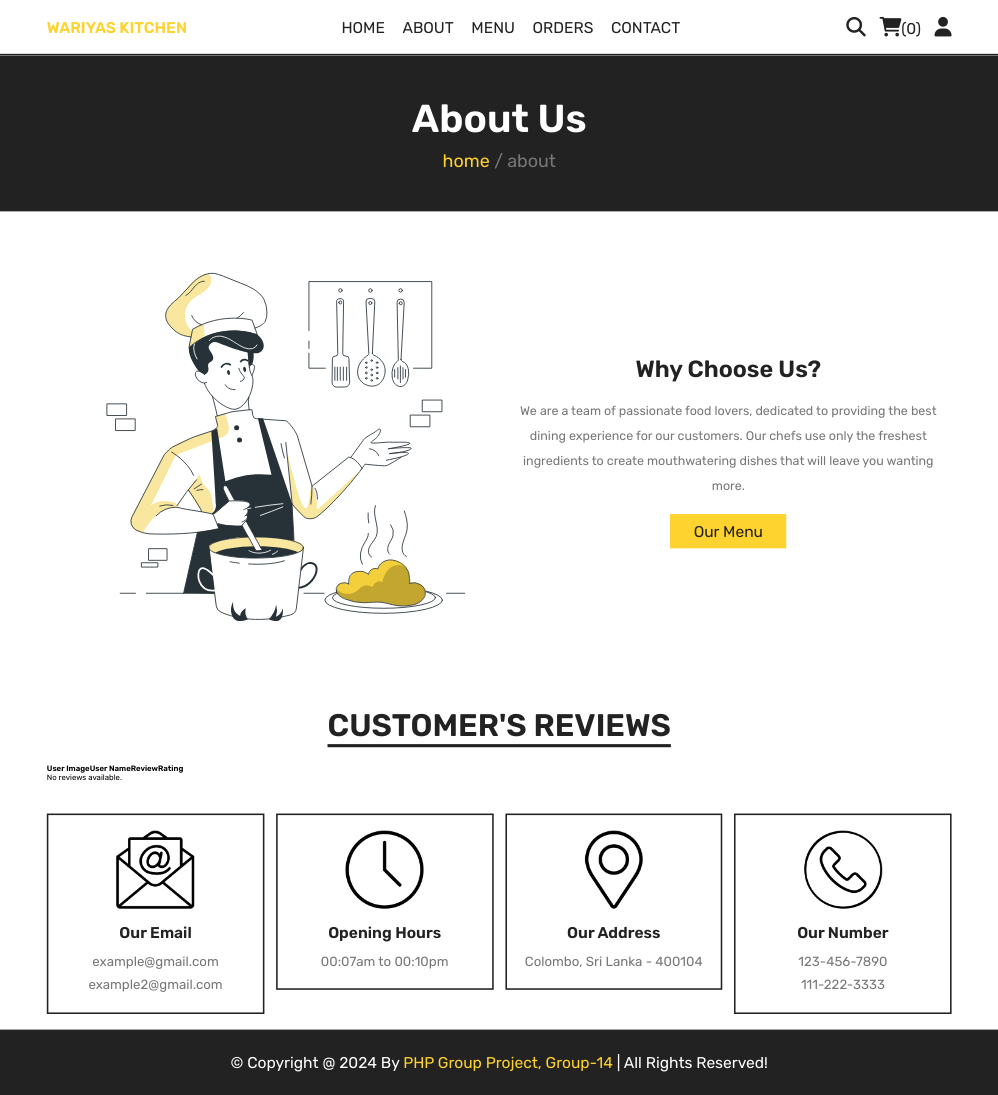
Repository: navodniwarshana/food_order_site
Page: http://localhost/about.php
An editor plug-in stored every save of this project. The page is shown before and after the next save, followed by the edit.
The browser window is 1280 px wide. The pictures show the whole page, at 78% of full size.
Some web libraries are served in a nearby version. The page is run by PHP 8.4 with error messages shown; the project is at /var/www/html/. Queries for data that is not in the repository find no rows.

Above is the page before, as saved 2024-09-28 19:24:17.
Console error: TypeError: Cannot read properties of null (reading 'style')

### about.php
<?php

include 'components/connect.php';

session_start();

if (isset($_SESSION['user_id'])) {
   $user_id = $_SESSION['user_id'];
} else {
   $user_id = '';
}

?>

<!DOCTYPE html>
<html lang="en">

<head>
   <meta charset="UTF-8">
   <meta http-equiv="X-UA-Compatible" content="IE=edge">
   <meta name="viewport" content="width=device-width, initial-scale=1.0">
   <title>About</title>

   <link rel="stylesheet" href="https://unpkg.com/swiper@8/swiper-bundle.min.css" />
   <!-- font awesome cdn link  -->
   <link rel="stylesheet" href="https://cdnjs.cloudflare.com/ajax/libs/font-awesome/6.1.1/css/all.min.css">
   <!-- custom css file link  -->
   <link rel="stylesheet" href="css/style.css">
</head>

<body>

   <!-- header section starts  -->
   <?php include 'components/user_header.php'; ?>
   <!-- header section ends -->

   <div class="heading">
      <h3>about us</h3>
      <p><a href="home.php">home</a> <span> / about</span></p>
   </div>

   <!-- about section starts  -->
   <section class="about">
      <div class="row">
         <div class="image">
            <img src="images/about-img.svg" alt="">
         </div>
         <div class="content">
            <h3>why choose us?</h3>
            <p>We are a team of passionate food lovers, dedicated to providing the best dining experience for our customers. Our chefs use only the freshest ingredients to create mouthwatering dishes that will leave you wanting more.</p>
            <a href="menu.php" class="btn">our menu</a>
         </div>
      </div>
   </section>
   <!-- about section ends -->

   <!-- reviews section starts -->
   <section class="reviews">
      <h1 class="title">Customer's Reviews</h1>
      <table border="1" cellpadding="10" cellspacing="0">
         <thead>
            <tr>
               <th>User Image</th>
               <th>User Name</th>
               <th>Review</th>
               <th>Rating</th>
            </tr>
         </thead>
         <tbody>

            <?php
            // Fetch reviews with the correct JOIN condition
            $select_reviews = $conn->prepare("SELECT r.id, r.review_text, r.rating, u.name, u.user_image
                                              FROM `reviews` r
                                              JOIN `users` u ON r.id = u.id
                                              GROUP BY r.id"); // Ensuring unique reviews
            $select_reviews->execute();
            $reviews = $select_reviews->fetchAll(PDO::FETCH_ASSOC);

            if (count($reviews) > 0) {
               // Loop through all reviews and display them in a table
               foreach ($reviews as $review) {
                  echo '<tr>';
                  echo '<td><img src="' . $review['user_image'] . '" alt="User Image" width="50" height="50"></td>';
                  echo '<td>' . $review['name'] . '</td>';
                  echo '<td>"' . $review['review_text'] . '"</td>';
                  echo '<td>';

                  // Display the star rating
                  for ($i = 0; $i < 5; $i++) {
                     if ($i < $review['rating']) {
                        echo '<i class="fas fa-star"></i>';
                     } else {
                        echo '<i class="far fa-star"></i>';
                     }
                  }

                  echo '</td>';
                  echo '</tr>';
               }
            } else {
               echo '<tr><td colspan="4">No reviews available.</td></tr>';
            }
            ?>

         </tbody>
      </table>
   </section>
   <!-- reviews section ends -->

   <!-- footer section starts -->
   <?php include 'components/footer.php'; ?>
   <!-- footer section ends -->

   <script src="https://unpkg.com/swiper@8/swiper-bundle.min.js"></script>
   <!-- custom js file link -->
   <script src="js/script.js"></script>

</body>

</html>

### components/user_header.php
<?php
if(isset($message)){
   foreach($message as $message){
      echo '
      <div class="message">
         <span>'.$message.'</span>
         <i class="fas fa-times" onclick="this.parentElement.remove();"></i>
      </div>
      ';
   }
}
?>

<header class="header">

   <section class="flex">

      <a href="home.php" style="font-size: 2rem; font-weight: bold; color: #fed330; text-decoration: none;">WARIYAS KITCHEN</a>

      <nav class="navbar">
         <a href="home.php" style="text-transform: uppercase;">HOME</a>
         <a href="about.php" style="text-transform: uppercase;">ABOUT</a>
         <a href="menu.php" style="text-transform: uppercase;">MENU</a>
         <a href="orders.php" style="text-transform: uppercase;">ORDERS</a>
         <a href="contact.php" style="text-transform: uppercase;">CONTACT</a>
      </nav>

      <div class="icons">
         <?php
            $count_cart_items = $conn->prepare("SELECT * FROM `cart` WHERE user_id = ?");
            $count_cart_items->execute([$user_id]);
            $total_cart_items = $count_cart_items->rowCount();
         ?>
         <a href="search.php"><i class="fas fa-search"></i></a>
         <a href="cart.php"><i class="fas fa-shopping-cart"></i><span>(<?= $total_cart_items; ?>)</span></a>
         <div id="user-btn" class="fas fa-user"></div>
         <div id="menu-btn" class="fas fa-bars"></div>
      </div>

      <div class="profile">
         <?php
            $select_profile = $conn->prepare("SELECT * FROM `users` WHERE id = ?");
            $select_profile->execute([$user_id]);
            if($select_profile->rowCount() > 0){
               $fetch_profile = $select_profile->fetch(PDO::FETCH_ASSOC);
         ?>
         <p class="name"><?= $fetch_profile['name']; ?></p>
         <div class="flex">
            <a href="profile.php" class="btn">profile</a>
            <a href="components/user_logout.php" onclick="return confirm('logout from this website?');" class="delete-btn">logout</a>
         </div>
         <p class="account">
            <a href="login.php">login</a> or
            <a href="register.php">register</a>
         </p>
         <?php
            }else{
         ?>
            <p class="name">please login first!</p>
            <a href="login.php" class="btn">login</a>
         <?php
          }
         ?>
      </div>

   </section>

</header>

### components/footer.php
<footer class="footer">

   <section class="grid">

      <div class="box">
         <img src="images/email-icon.png" alt="">
         <h3>our email</h3>
         <a href="mailto:example@gmail.com">example@gmail.com</a>
         <a href="mailto:example2@gmail.com">example2@gmail.com</a>
      </div>

      <div class="box">
         <img src="images/clock-icon.png" alt="">
         <h3>opening hours</h3>
         <p>00:07am to 00:10pm</p>
      </div>

      <div class="box">
         <img src="images/map-icon.png" alt="">
         <h3>our address</h3>
         <a href="#">Colombo, Sri Lanka - 400104</a>
      </div>

      <div class="box">
         <img src="images/phone-icon.png" alt="">
         <h3>our number</h3>
         <a href="tel:1234567890">123-456-7890</a>
         <a href="tel:1112223333">111-222-3333</a>
      </div>

   </section>

   <div class="credit">&copy; copyright @ <?= date('Y'); ?> by <span>PHP Group Project, Group-14</span> | all rights reserved!</div>

</footer>

<!-- <div class="loader">
   <img src="images/loader.gif" alt="">
</div> -->

Loaded but not shown: components/connect.php (common file); images/about-img.svg (1 lines, source omitted); js/script.js (34 lines, source omitted); css/style.css (1119 lines, source omitted)

After the next save:
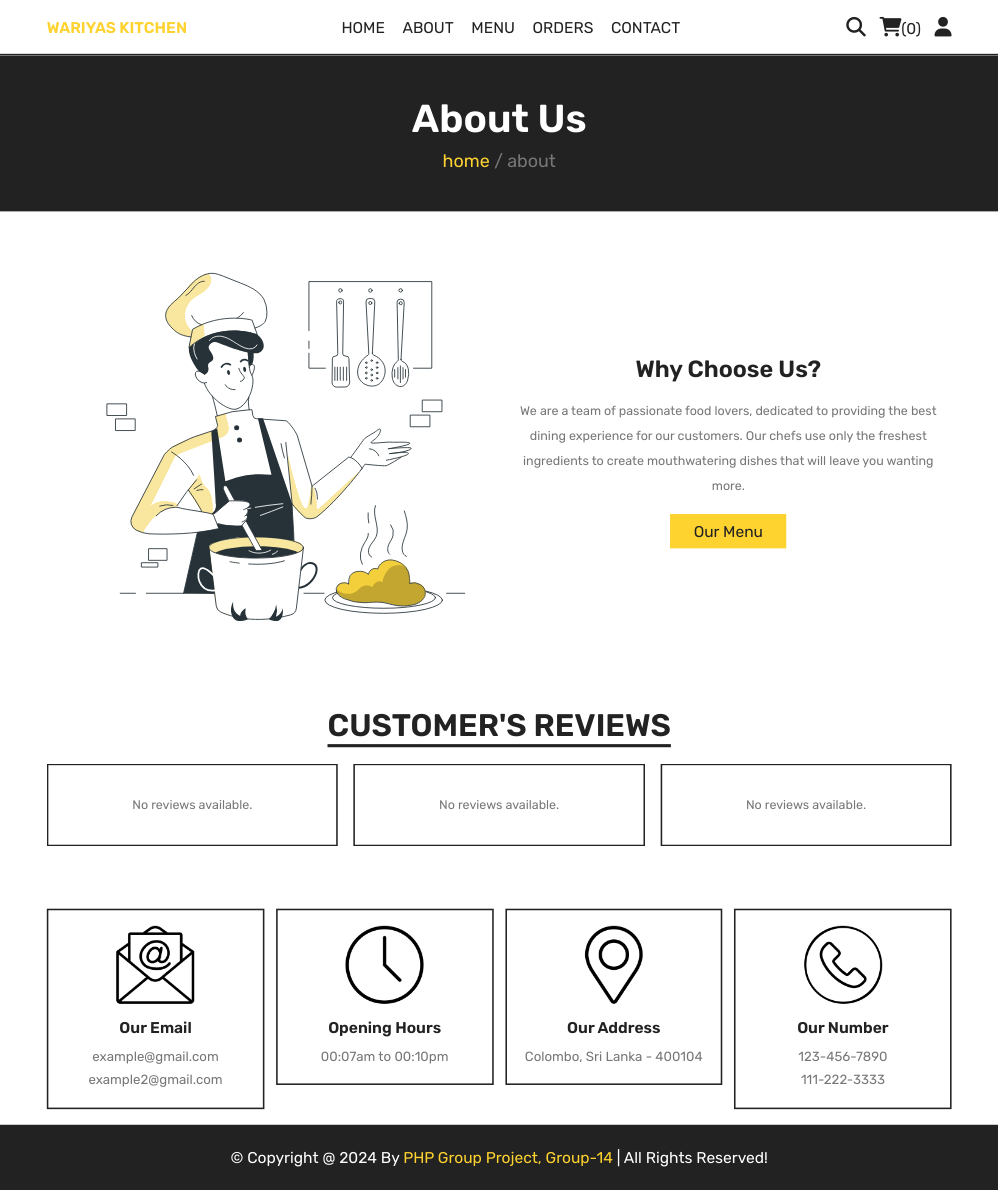
Saved 2 min 23 s later.
--- a/about.php
+++ b/about.php
@@ -39,7 +39,7 @@ if (isset($_SESSION['user_id'])) {
       <p><a href="home.php">home</a> <span> / about</span></p>
    </div>
 
-   <!-- about section starts  -->
+   <!-- about section starts -->
    <section class="about">
       <div class="row">
          <div class="image">
@@ -56,35 +56,26 @@ if (isset($_SESSION['user_id'])) {
 
    <!-- reviews section starts -->
    <section class="reviews">
-      <h1 class="title">Customer's Reviews</h1>
-      <table border="1" cellpadding="10" cellspacing="0">
-         <thead>
-            <tr>
-               <th>User Image</th>
-               <th>User Name</th>
-               <th>Review</th>
-               <th>Rating</th>
-            </tr>
-         </thead>
-         <tbody>
+      <h1 class="title">customer's reviews</h1>
+      <div class="swiper reviews-slider">
+         <div class="swiper-wrapper">
 
             <?php
-            // Fetch reviews with the correct JOIN condition
+            // Fetch reviews with correct JOIN condition
             $select_reviews = $conn->prepare("SELECT r.id, r.review_text, r.rating, u.name, u.user_image
                                               FROM `reviews` r
-                                              JOIN `users` u ON r.id = u.id
-                                              GROUP BY r.id"); // Ensuring unique reviews
+                                              JOIN `users` u ON r.user_id = u.id
+                                              GROUP BY r.id"); // Use GROUP BY to ensure each review is unique
             $select_reviews->execute();
             $reviews = $select_reviews->fetchAll(PDO::FETCH_ASSOC);
 
             if (count($reviews) > 0) {
-               // Loop through all reviews and display them in a table
+               // Loop through all the reviews
                foreach ($reviews as $review) {
-                  echo '<tr>';
-                  echo '<td><img src="' . $review['user_image'] . '" alt="User Image" width="50" height="50"></td>';
-                  echo '<td>' . $review['name'] . '</td>';
-                  echo '<td>"' . $review['review_text'] . '"</td>';
-                  echo '<td>';
+                  echo '<div class="swiper-slide slide">';
+                  echo '<img src="' . $review['user_image'] . '" alt="User Image">';
+                  echo '<p>"' . $review['review_text'] . '"</p>';
+                  echo '<div class="stars">';
 
                   // Display the star rating
                   for ($i = 0; $i < 5; $i++) {
@@ -95,16 +86,20 @@ if (isset($_SESSION['user_id'])) {
                      }
                   }
 
-                  echo '</td>';
-                  echo '</tr>';
+                  echo '</div>';
+                  echo '<h3>' . $review['name'] . '</h3>';
+                  echo '</div>';
                }
             } else {
-               echo '<tr><td colspan="4">No reviews available.</td></tr>';
+               echo '<div class="swiper-slide slide">';
+               echo '<p>No reviews available.</p>';
+               echo '</div>';
             }
             ?>
 
-         </tbody>
-      </table>
+         </div>
+         <div class="swiper-pagination"></div>
+      </div>
    </section>
    <!-- reviews section ends -->
 
@@ -116,6 +111,29 @@ if (isset($_SESSION['user_id'])) {
    <!-- custom js file link -->
    <script src="js/script.js"></script>
 
+   <script>
+      var swiper = new Swiper(".reviews-slider", {
+         loop: true,
+         grabCursor: true,
+         spaceBetween: 20,
+         pagination: {
+            el: ".swiper-pagination",
+            clickable: true,
+         },
+         breakpoints: {
+            0: {
+               slidesPerView: 1,
+            },
+            700: {
+               slidesPerView: 2,
+            },
+            1024: {
+               slidesPerView: 3,
+            },
+         },
+      });
+   </script>
+
 </body>
 
 </html>
